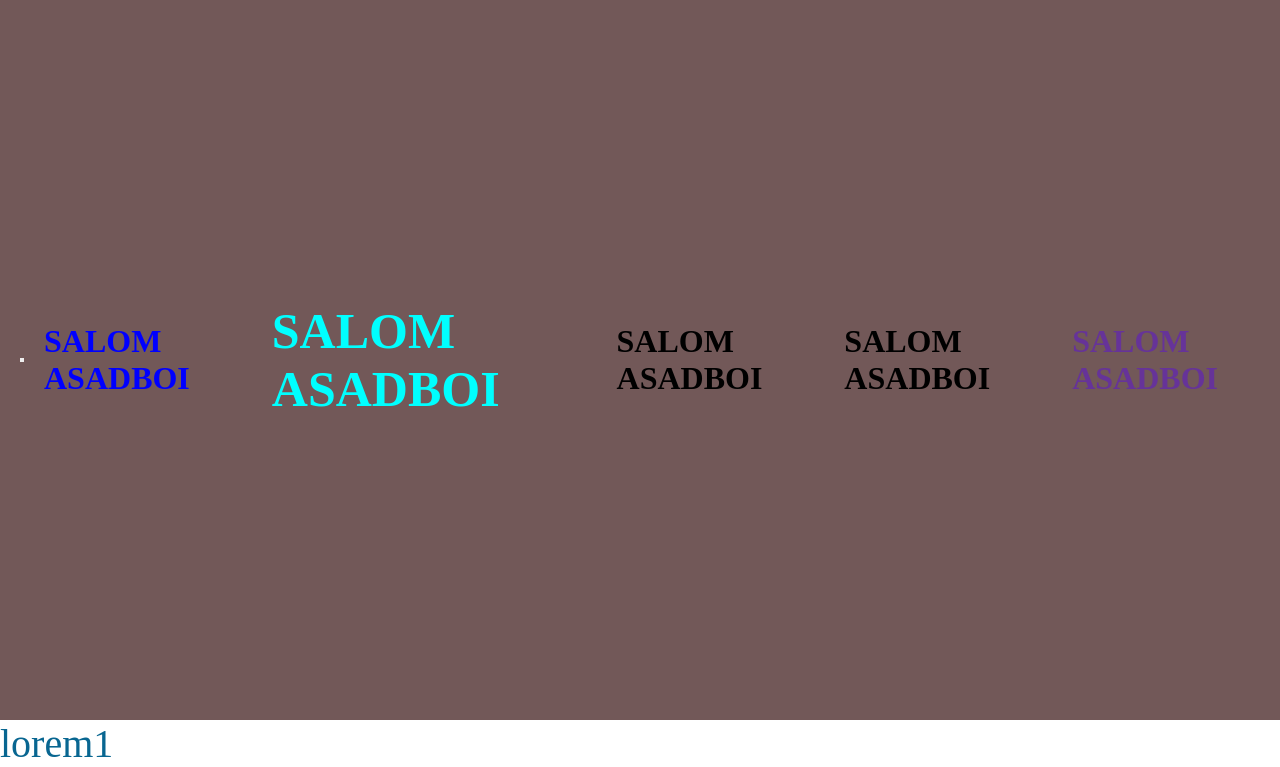
Repository: KHANas02/CACTUS
Page: index.html
An editor plug-in stored every save of this project. The page is shown before and after the next save, followed by the edit.
The browser window is 1280 px wide. The pictures show the whole page.

Above is the page before, as saved 2024-02-21 17:23:12.

### index.html
<!DOCTYPE html>
<html lang="en">
<head>
    <meta charset="UTF-8">
    <meta name="viewport" content="width=device-width, initial-scale=1.0">
    <title>Document</title>
    <link rel="stylesheet" href="./style.css">
</head>
<body>
    <div class="conteiner">
        <label for="check"></label>
        <button></button>
<h1>SALOM ASADBOI</h1>
<h1>SALOM ASADBOI</h1>
<h1>SALOM ASADBOI</h1>
<h1>SALOM ASADBOI</h1>
<h1>SALOM ASADBOI</h1>





    </div>
<p>lorem1</p>


</body>
</html>

### style.css
*{
padding: 0;
margin: 0;
box-sizing: boder-box;
text-decoration: none;
outline: none;
}
.conteiner{
width: 100%;
height: 100vh;
background-color: #725858;
display: flex;
align-items: center;
gap: 20px;
justify-content: center;
}
.conteiner h1:first-child{
color: rgb(207, 63, 63);
text-decoration: uppercase;

}
.conteiner h1:last-child{
color:rebeccapurple ;
text-decoration: uppercase;


}
.conteiner h1:nth-child(3){
color: blue;
text-decoration: uppercase;

}
.conteiner h1:nth-child(4){
font-size: 50px;
color: aqua;


}
p::first-line{
    color: #086691;
    font-size: 40px;
}
h1:active{
font-size: 60px;
border-bottom: 2px solid #000;
}

After the next save:
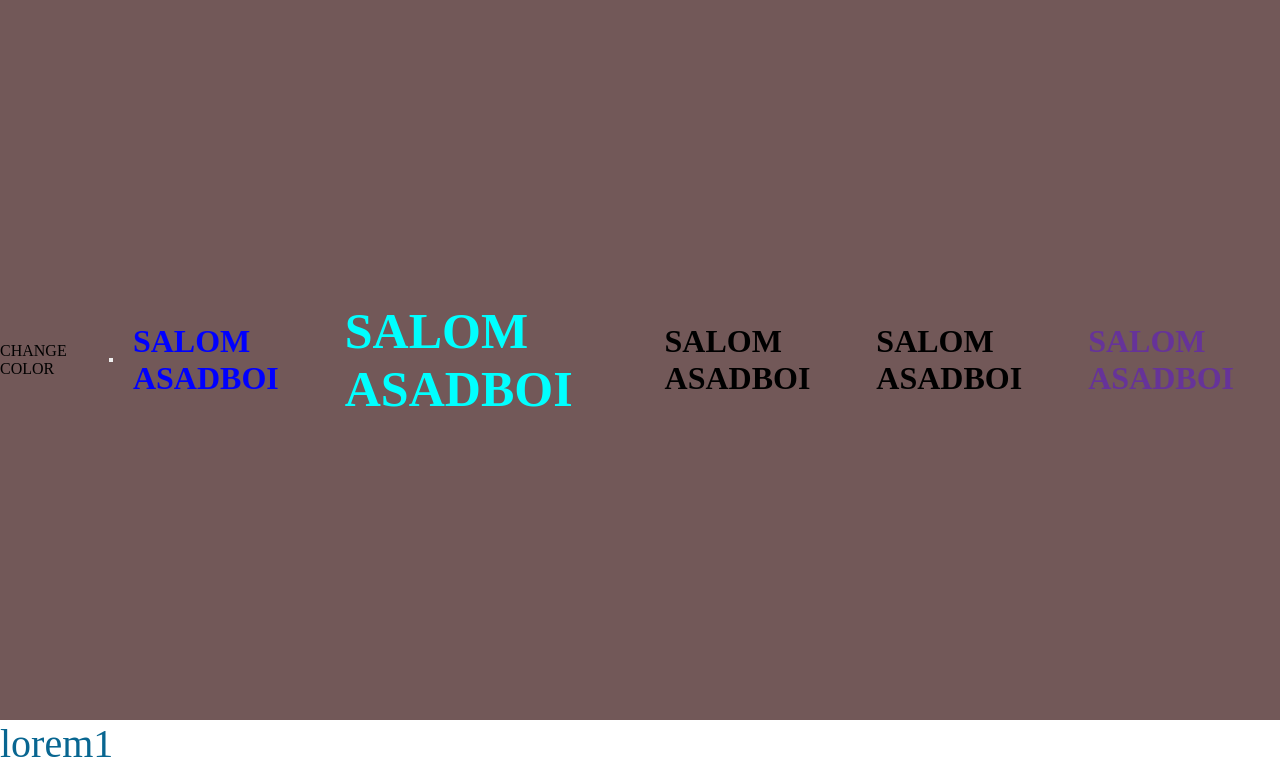
Saved 7 s later.
--- a/index.html
+++ b/index.html
@@ -8,7 +8,7 @@
 </head>
 <body>
     <div class="conteiner">
-        <label for="check"></label>
+        <label for="check">CHANGE COLOR</label>
         <button></button>
 <h1>SALOM ASADBOI</h1>
 <h1>SALOM ASADBOI</h1>
